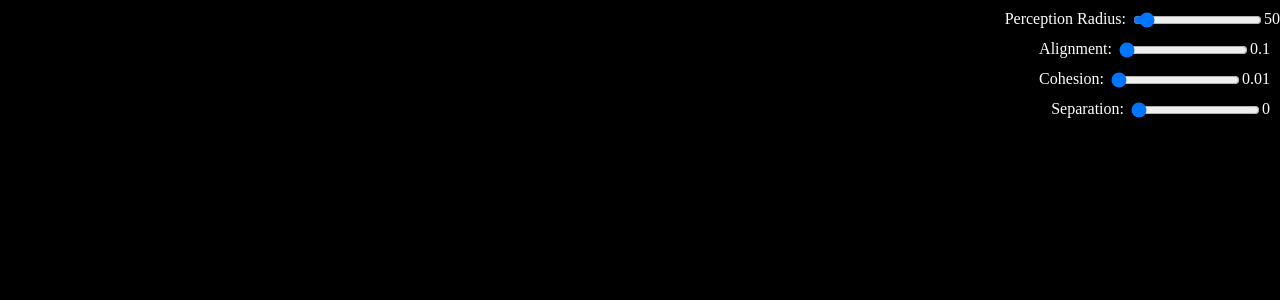
Repository: eltonsampaio12/boids
Page: index.html
An editor plug-in stored every save of this project. The page is shown before and after the next save, followed by the edit.
The browser window is 1280 px wide. The pictures show the whole page.

Above is the page before, as saved 2024-01-30 21:02:10.
Not found: main.ts

### index.html
<!DOCTYPE html>
<html lang="en">
  <head>
    <meta charset="utf-8" />
    <title>My first three.js app</title>
    <style>
      body {
        margin: 0;
        background-color: black;
      }
      .perceptionRadiusLabel,
      .alignmentLabel,
      .cohesionLabel,
      .separationLabel {
        color: white;
        margin-right: 5px;
      }

      .parameterParent {
        display: flex;
        justify-content: flex-end;
        margin-left: 10px;
        margin-top: 10px;
      }

      .parameterValue {
        color: white;
        margin-right: 10px;
      }

      span {
        color: white;
      }
    </style>
  </head>
  <body>
    <script type="module" src="/main.ts"></script>

    <div class="parameterParent">
      <label class="perceptionRadiusLabel" for="perceptionRadiusSlider"
        >Perception Radius:</label
      >
      <input
        type="range"
        id="perceptionRadiusSlider"
        min="0"
        max="1000"
        value="50"
        step="1"
      />
      <span id="perceptionRadiusValue">50</span>
    </div>

    <div class="parameterParent">
      <label class="alignmentLabel" for="alignmentSlider">Alignment:</label>
      <input
        type="range"
        id="alignmentSlider"
        min="0"
        max="1"
        value="0"
        step="0.1"
      />
      <span class="parameterValue" id="alignmentValue">0.1</span>
    </div>

    <div class="parameterParent">
      <label class="cohesionLabel" for="cohesionSlider">Cohesion:</label>
      <input
        type="range"
        id="cohesionSlider"
        min="0"
        max="1"
        value="0.01"
        step="0.1"
      />
      <span class="parameterValue" id="cohesionValue">0.01</span>
    </div>

    <div class="parameterParent">
      <label class="separationLabel" for="separationSlider">Separation:</label>
      <input
        type="range"
        id="separationSlider"
        min="0"
        max="100"
        value="0"
        step="0.1"
      />
      <span class="parameterValue" id="separationValue">0</span>
    </div>
  </body>
</html>

After the next save:
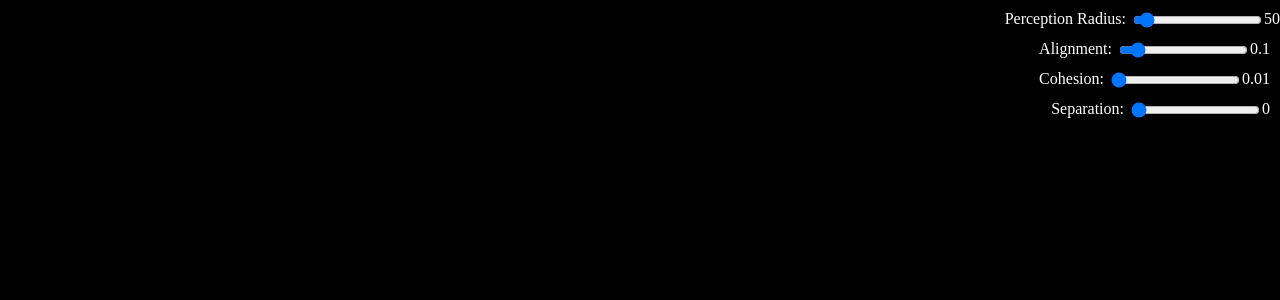
Saved 4 s later.
--- a/index.html
+++ b/index.html
@@ -58,7 +58,7 @@
         id="alignmentSlider"
         min="0"
         max="1"
-        value="0"
+        value="0.1"
         step="0.1"
       />
       <span class="parameterValue" id="alignmentValue">0.1</span>
